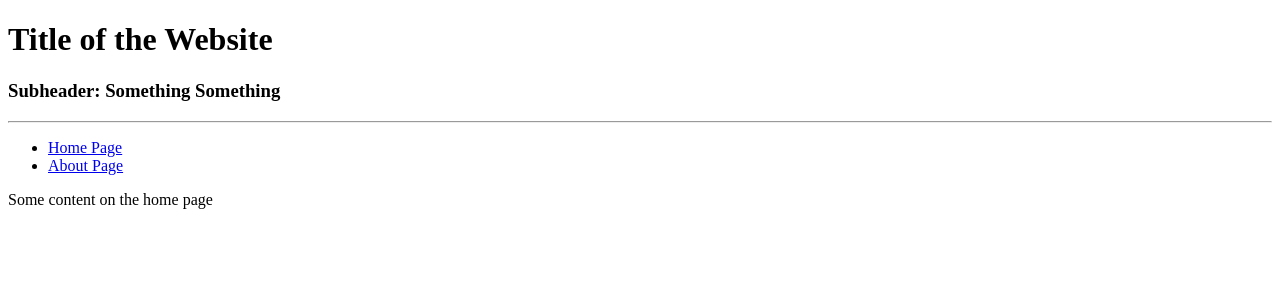
Repository: rkustas/taskmanager
Page: http://localhost/index
The author's editor kept a copy of each file at every save. The page is drawn from the files as they stood at one save, then again after the next save.
The browser window is 1280 px wide. The pictures show the whole page.
The page is served by the project's application, run on Flask 3 (app.py). Other server files are loaded and not shown.

Above is the page before, as saved 2020-07-23 12:14:37.

### templates/index.html
<!DOCTYPE html>
<html>
    <h1>Title of the Website</h1>
    <h3>Subheader: Something Something</h3>
    <hr>
    <ul>
    <li><a href="#">Home Page</a></li>
    <li><a href="#">About Page</a></li>
    </ul>

    <p>Some content on the home page</p>
</html>

### app.py
from flask import Flask, render_template, jsonify
from flask_cors import CORS

# print(__name__)

# Create Flask app

app = Flask(__name__)

# Basic route
@app.route('/')
@app.route('/index')
def index():
    return render_template('index.html', current_title= 'Custom Title')

@app.route('/about')
def about():
    return render_template('about.html')

if __name__ == '__main__':
    app.run(debug=True)

### templates/base.html
<!DOCTYPE html>
<html>
    <h1>Title of the Website</h1>
    <h3>Subheader: Something Something</h3>
    <hr>
    <ul>
    <li><a href="#">Home Page</a></li>
    <li><a href="#">About Page</a></li>
    </ul>

{% block main %}

{% endblock %}

After the next save:
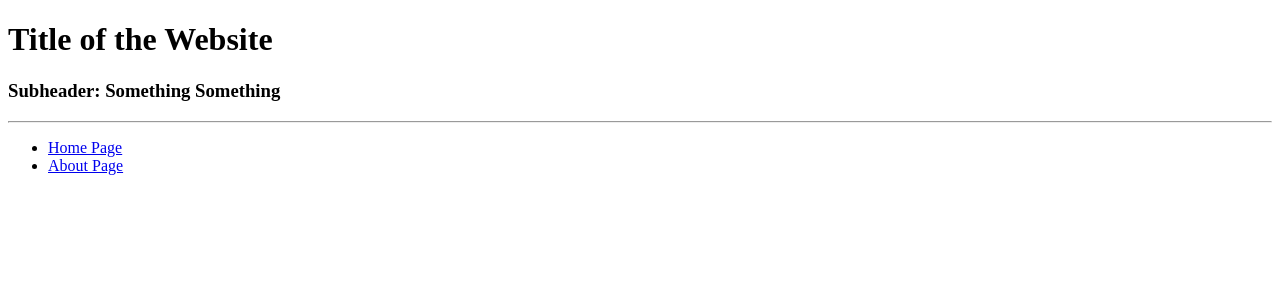
Saved 23 s later.
--- a/templates/index.html
+++ b/templates/index.html
@@ -1,12 +1,4 @@
-<!DOCTYPE html>
-<html>
-    <h1>Title of the Website</h1>
-    <h3>Subheader: Something Something</h3>
-    <hr>
-    <ul>
-    <li><a href="#">Home Page</a></li>
-    <li><a href="#">About Page</a></li>
-    </ul>
+{% extends "base.html" %}
 
     <p>Some content on the home page</p>
 </html>

After the save that followed:
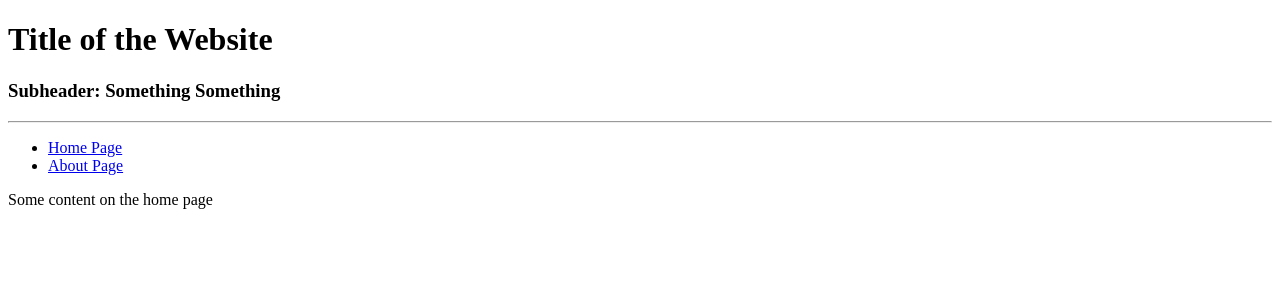
Saved 103 s later.
--- a/templates/index.html
+++ b/templates/index.html
@@ -1,4 +1,6 @@
 {% extends "base.html" %}
 
+{% block main %}
     <p>Some content on the home page</p>
 </html>
+{% endblock %}
